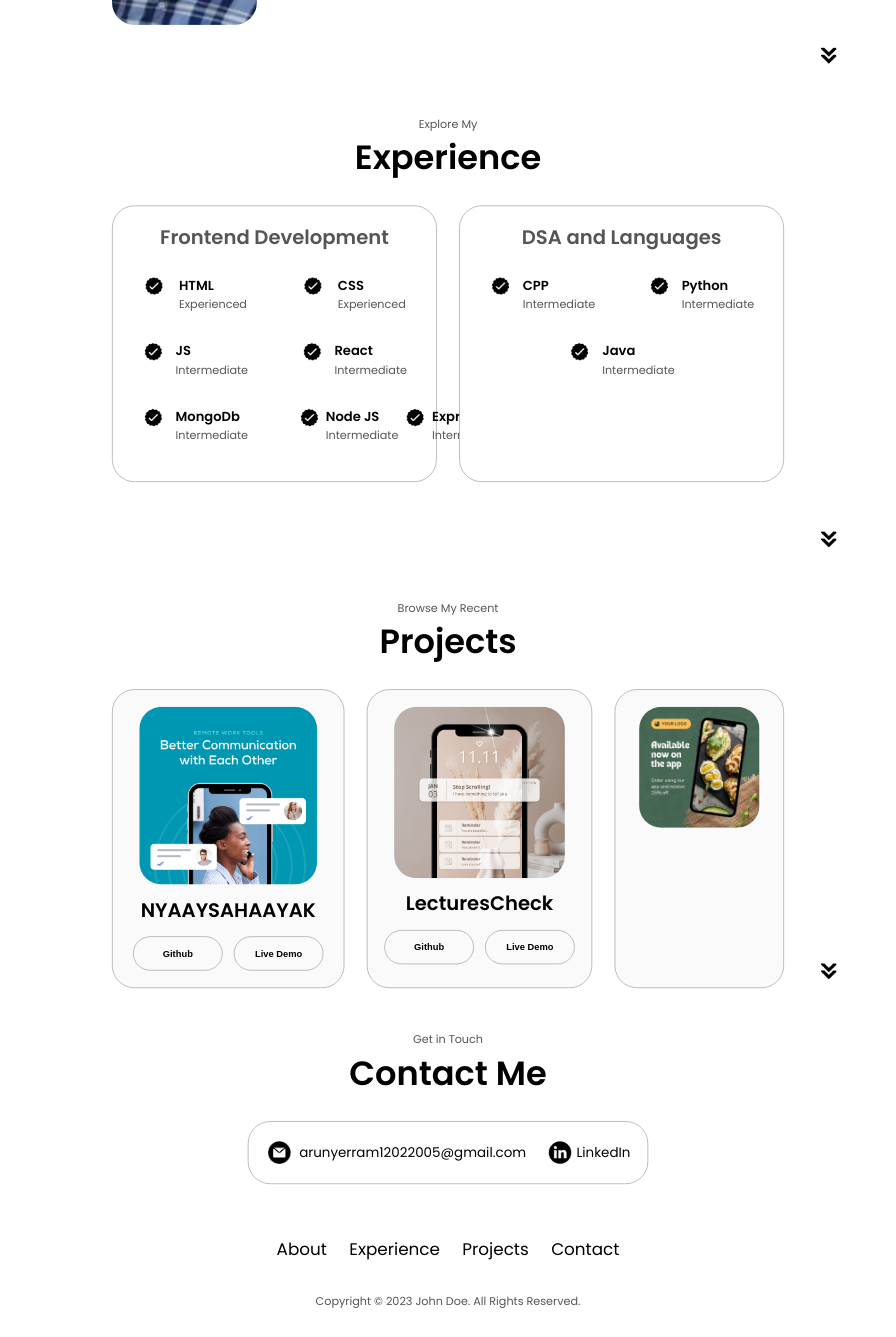
Repository: ARUN-YERRAM/ARUN-YERRAM-PORTFOLIO
Page: portfolio/index.html
The author's editor kept a copy of each file at every save. The page is drawn from the files as they stood at one save, then again after a run of saves.
The browser window is 1280 px wide. The pictures show the part of the page from y = 1372 to 3292 px (the page is 3282 px tall before and 3292 px after), at 70% of full size.

Above is the page before, as saved 2024-07-07 04:07:45.

After the next 2 saves:
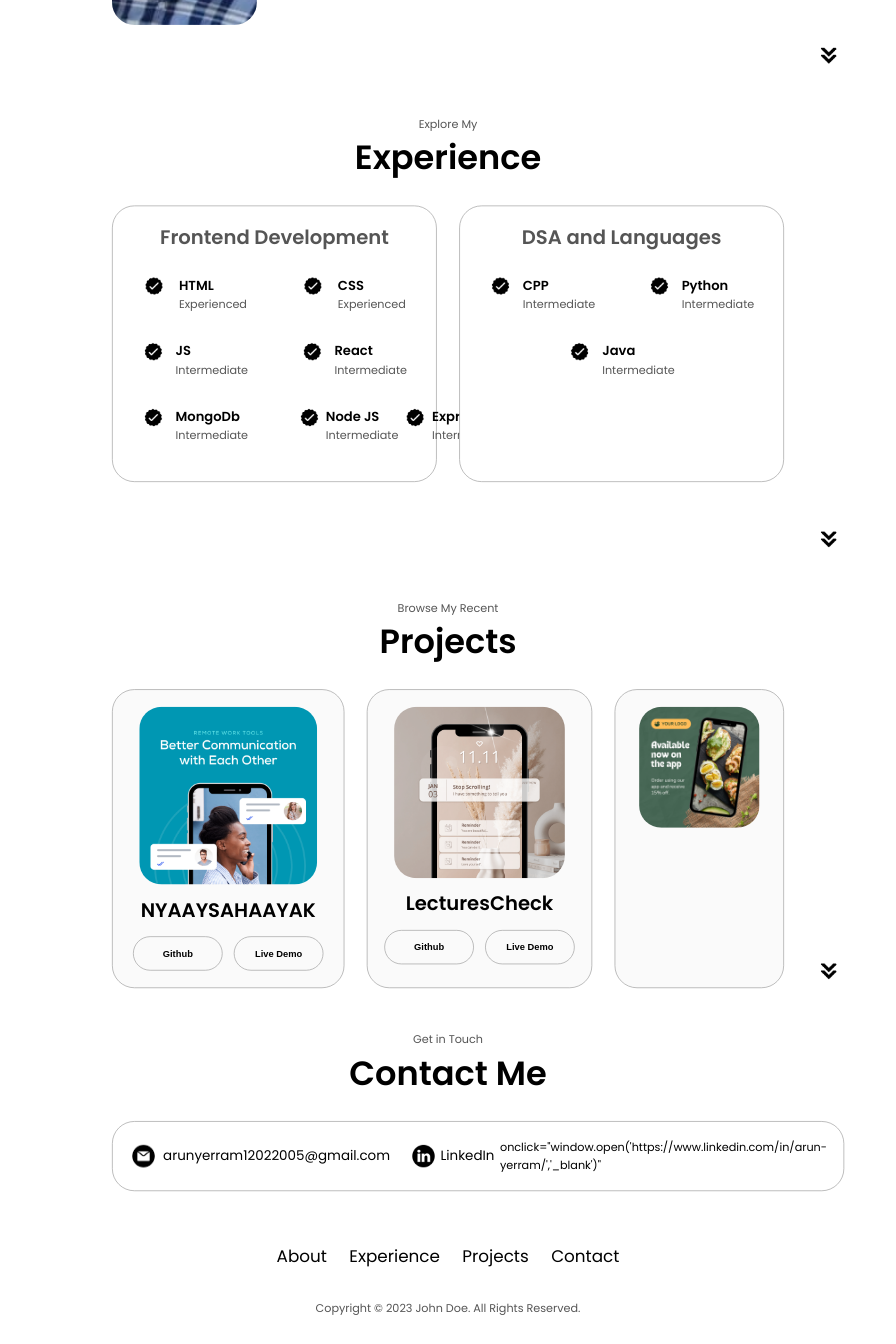
The 2 saves are shown as one change because they came seconds apart.
The last was saved 59 s later.
--- a/portfolio/index.html
+++ b/portfolio/index.html
@@ -356,6 +356,7 @@
             class="icon contact-icon"
           />
           <p><a href="">LinkedIn</a></p>
+          onclick="window.open('https://www.linkedin.com/in/arun-yerram/','_blank')"
         </div>
       </div>
     </section>

After the 2 saves that followed:
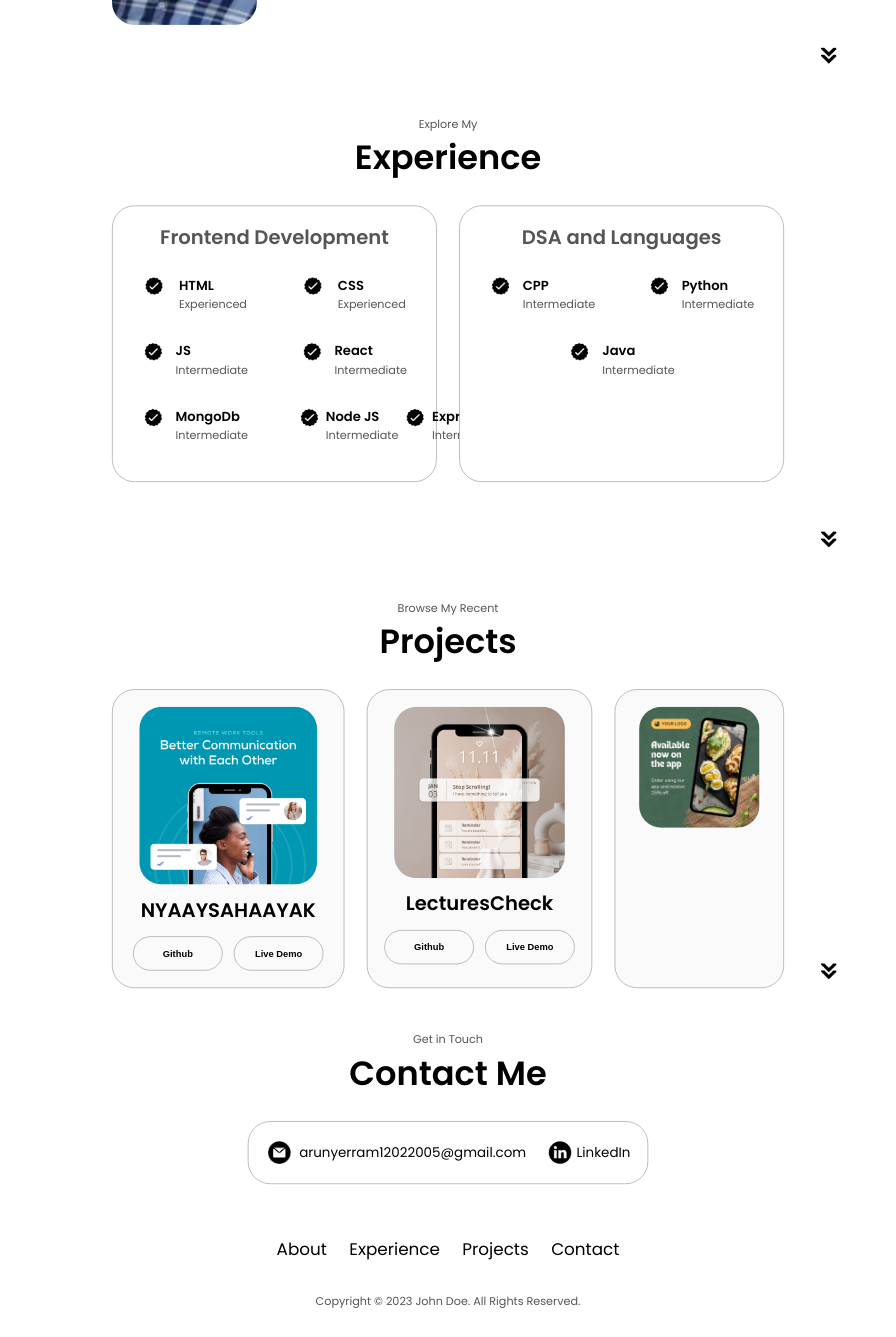
The 2 saves are shown as one change because 1 left the picture as it was.
The last was saved 36 s later.
--- a/portfolio/index.html
+++ b/portfolio/index.html
@@ -355,8 +355,7 @@
             alt="LinkedIn icon"
             class="icon contact-icon"
           />
-          <p><a href="">LinkedIn</a></p>
-          onclick="window.open('https://www.linkedin.com/in/arun-yerram/','_blank')"
+          <p><a href="https://www.linkedin.com/in/arun-yerram/">LinkedIn</a></p>
         </div>
       </div>
     </section>
